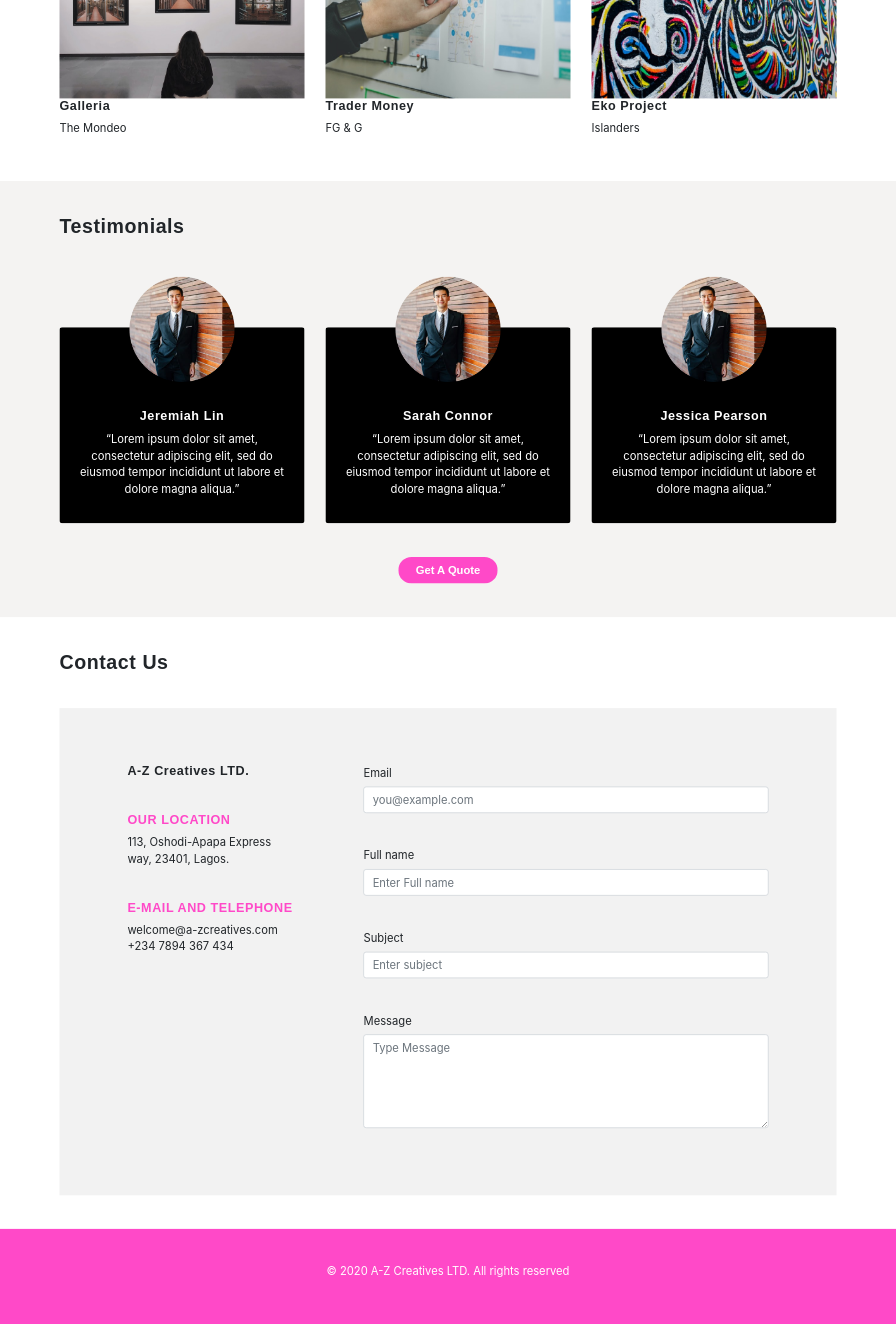
Repository: Syfon01/hng-port
Page: index.html
The author's editor kept a copy of each file at every save. The page is drawn from the files as they stood at one save, then again after a run of saves.
The browser window is 1280 px wide. The pictures show the part of the page from y = 3002 to 4922 px (the page is 4893 px tall before and 4922 px after), at 70% of full size.
Some web fonts or font styles are not loaded; a fallback is used.

Above is the page before, as saved 2020-06-28 20:08:48.

After the next 2 saves:
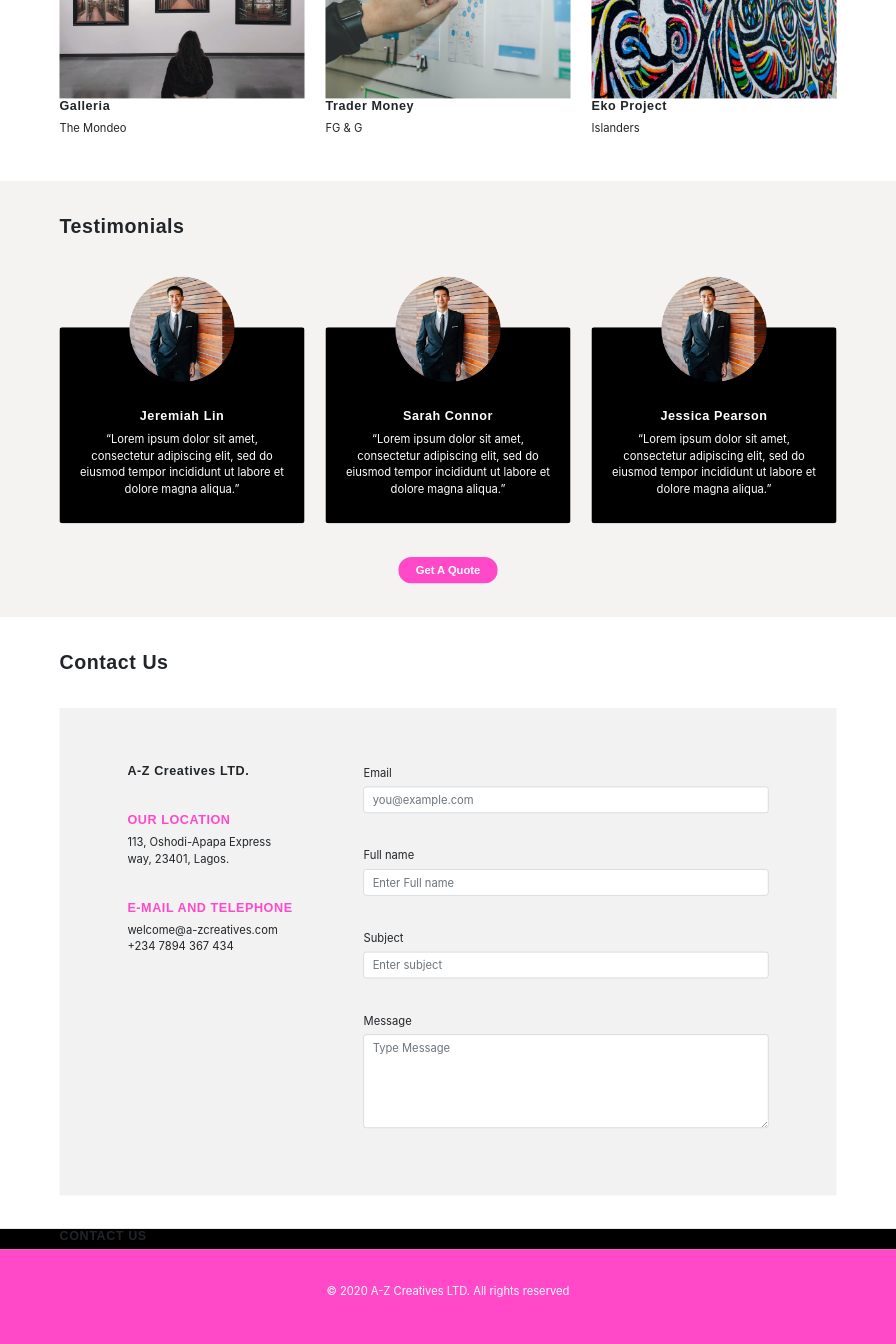
The 2 saves are shown as one change because they came seconds apart.
The last was saved 20 s later.
--- a/index.html
+++ b/index.html
@@ -513,7 +513,7 @@
         <div class="container">
           <div class="row">
             <div class="col-md-4">
-
+              <h5>CONTACT US</h5>
             </div>
           </div>
 
